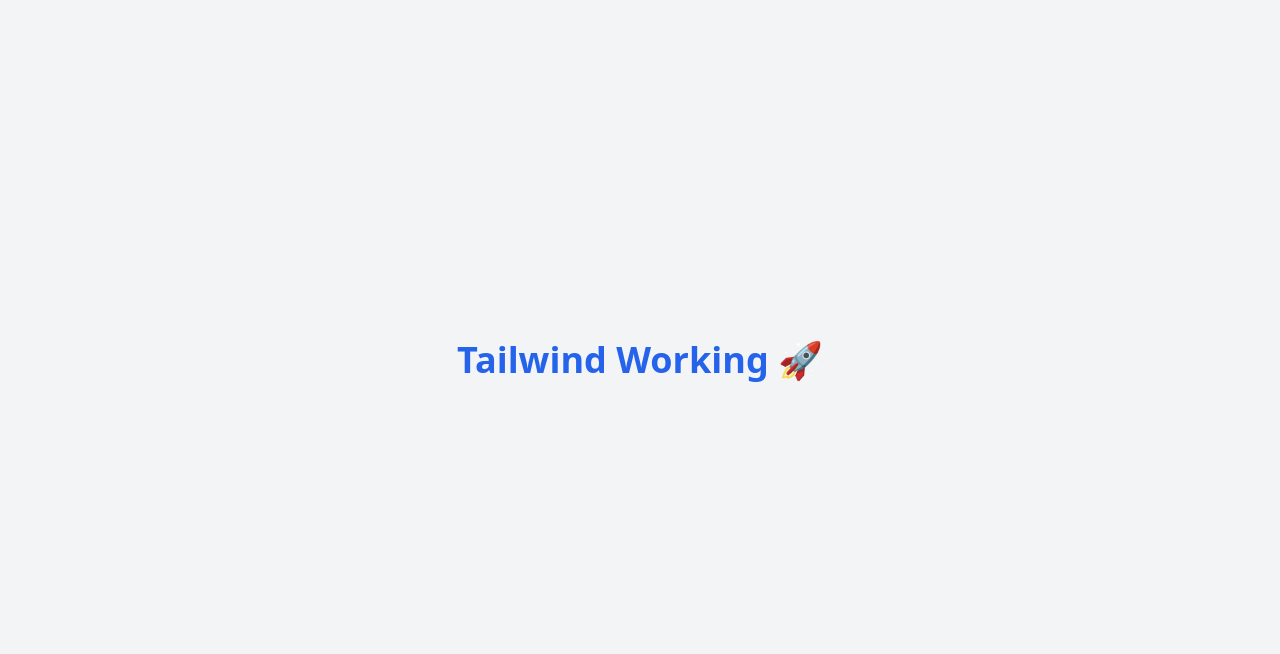
Repository: Gazal1116/Reliefsync
Page: /request (app in Frontend/)
The author's editor kept a copy of each file at every save. The page is drawn from the files as they stood at one save, then again after the next save.
The browser window is 1280 px wide. The pictures show the whole page.
The project was rebuilt for these pictures with package versions that can differ from the ones it lists, and the page was loaded fresh each time. Also part of the build but not shown: Frontend/vite.config.js.

Above is the page before, as saved 2026-03-02 22:04:11.

After the next save:
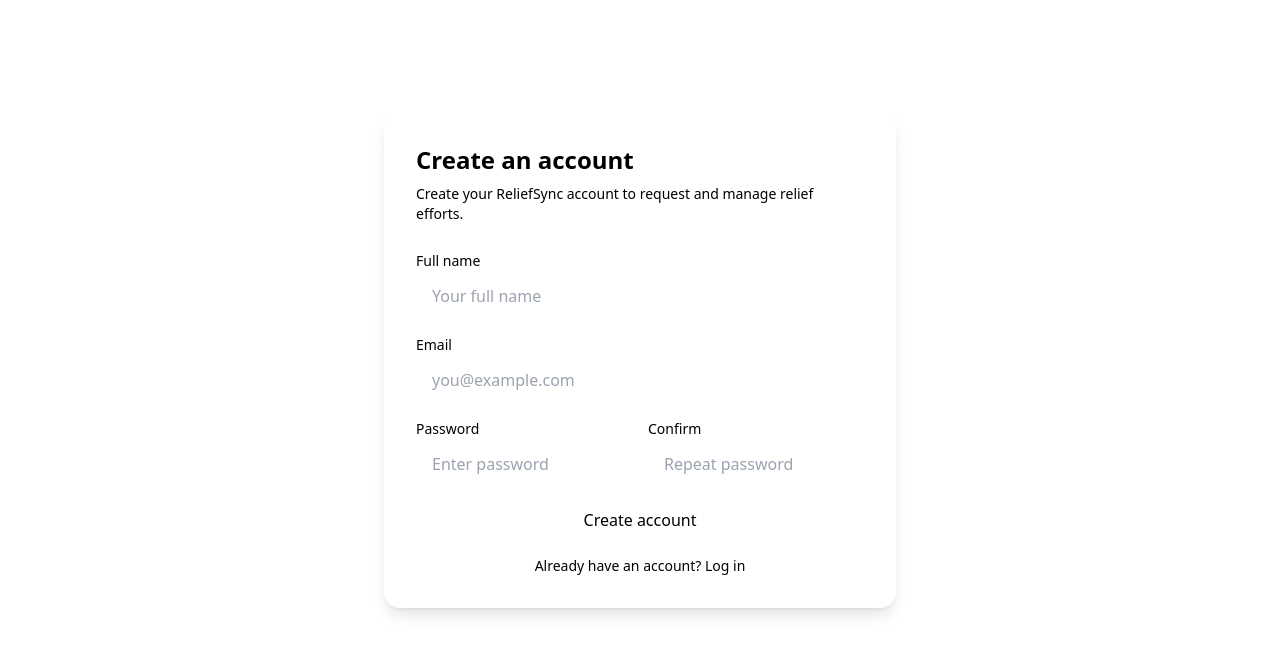
Saved 95 s later.
--- a/Frontend/src/App.jsx
+++ b/Frontend/src/App.jsx
@@ -1,9 +1,9 @@
+import Register from './components/register';
+
 function App() {
   return (
-    <div className="flex items-center justify-center h-screen bg-gray-100">
-      <h1 className="text-4xl font-bold text-blue-600">
-        Tailwind Working 🚀
-      </h1>
+    <div>
+      <Register />
     </div>
   );
 }
